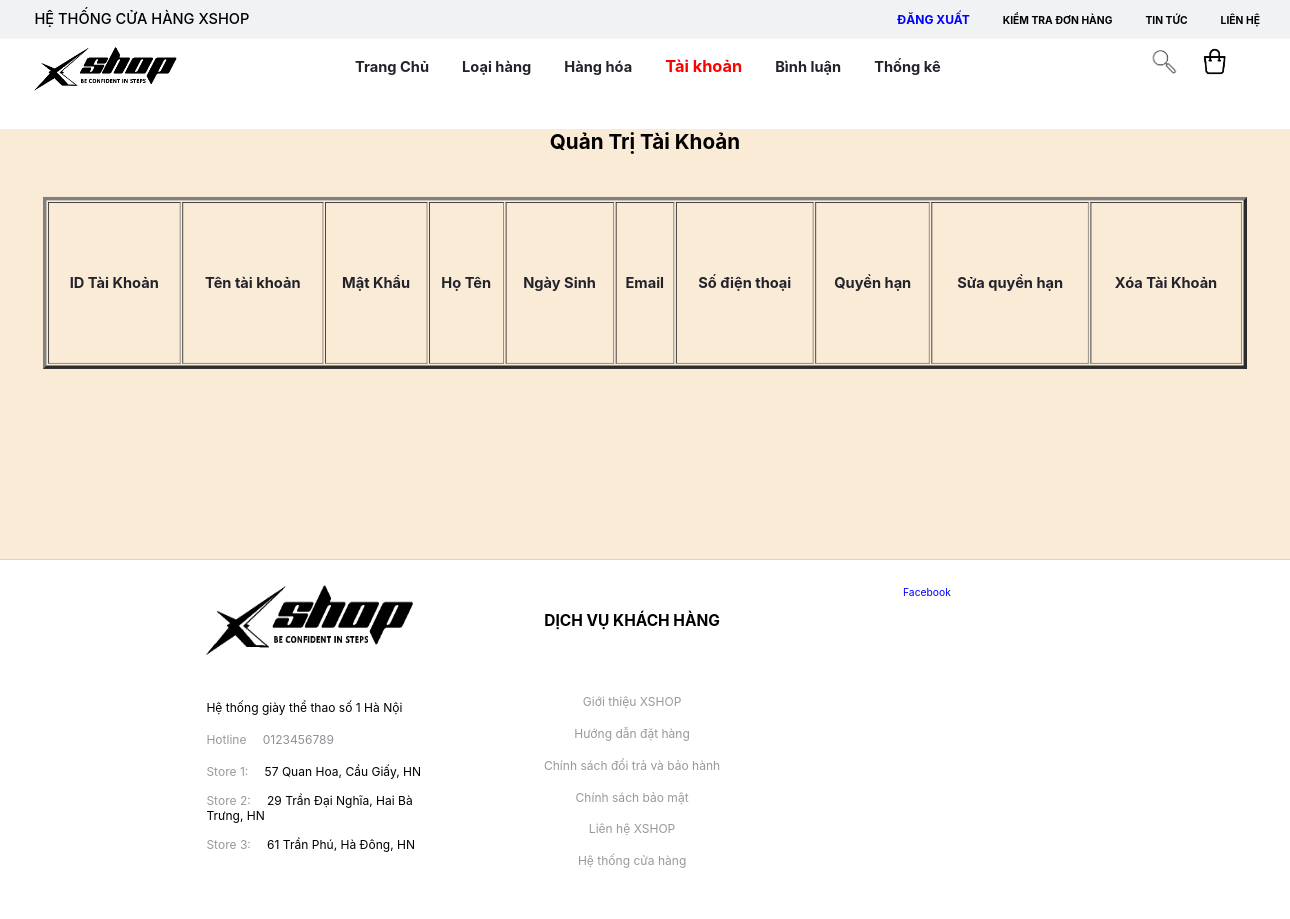
Repository: tienaq123/dam
Page: http://localhost/ass/ad/quantritaikhoan.php
The author's editor kept a copy of each file at every save. The page is drawn from the files as they stood at one save, then again after the next save.
The browser window is 1280 px wide. The page is 1500 px wide, so the pictures cover 1500 px, including what lies to the right of the window. The pictures show the whole page, at 86% of full size.
The page is run by PHP 8.4 with error messages shown; the project is at /var/www/html/. Queries for data that is not in the repository find no rows.

Above is the page before, as saved 2021-10-22 05:15:56.

### ad/quantritaikhoan.php
<!DOCTYPE html>
<html lang="en">

<head>
    <meta charset="UTF-8">
    <meta http-equiv="X-UA-Compatible" content="IE=edge">
    <meta name="viewport" content="width=device-width, initial-scale=1.0">
    <title>Quản trị danh mục</title>
    <link rel="stylesheet" href="../css/qttk.css">
</head>

<body>
    <div id="wapper">

        <div id="topbar">
            <a href="#">
                <h2> HỆ THỐNG CỬA HÀNG XSHOP</h2>
            </a>
            <ul>
                <li><a class="active" style="color:blue; font-size: 14px;" href="../logout.php">ĐĂNG XUẤT</a></li>
                <li><a href="product.php">KIỂM TRA ĐƠN HÀNG</a></li>
                <li><a href="product.php">TIN TỨC</a></li>
                <li><a href="product.php">LIÊN HỆ</a></li>
            </ul>
        </div>
        <header id="header">
            <div id="logo">
                <a href="http://localhost/ass/"> <img src="../img/logo.png" alt="Logo"></a>
            </div>
            <div class="menu">
                <ul>
                    <li><a href="../home.php">Trang Chủ</a></li>
                    <li><a href="quantridanhmuc.php">Loại hàng</a></li>
                    <li><a href="quantrisanpham.php">Hàng hóa</a></li>
                    <li><a href="quantritaikhoan.php" style="color: red; font-size: 19px;">Tài khoản</a></li>
                    <li><a href="quantritaikhoan.php">Bình luận</a></li>
                    <li><a href="quantritaikhoan.php">Thống kê</a></li>
                    <div id="nav">
                        <a href="product.php"> <img src="../img/search.png" alt=""></a>
                        <a href="product.php"><img src="../img/giohang.png" alt=""></a>
                    </div>
                </ul>

            </div>

        </header>

        <!-- END HEADER -->

        <main>
            <h1>Quản Trị Tài Khoản</h1>
            <table border="4" style="text-align: center; margin: 50px 0 0 50px; min-width: 1400px;">
                <tr style="font-size: 17px; color:#23232c; font-weight:bold; margin:10px; min-width: 120px;">
                    <td>ID Tài Khoản</td>
                    <td>Tên tài khoản</td>
                    <td>Mật Khẩu</td>
                    <td>Họ Tên</td>
                    <td>Ngày Sinh</td>
                    <td>Email</td>
                    <td>Số điện thoại</td>
                    <td>Quyền hạn</td>
                    <td>Sửa quyền hạn</td>
                    <td>Xóa Tài Khoản</td>
                </tr>
                <?php
                include '../db.php';
                $sql = "select * from taikhoan";
                $kq = $conn->query($sql);
                foreach ($kq as $key => $rows) {
                ?>

                    <tr>

                        <td style="font-weight: bold;"><?php echo $rows['id_tk'] ?></td>
                        <td><?php echo $rows['user'] ?></td>
                        <td><?php echo $rows['pass'] ?></td>
                        <td><?php echo $rows['hoten'] ?></td>
                        <td><?php echo $rows['namsinh'] ?></td>
                        <td><?php echo $rows['email'] ?></td>
                        <td><?php echo $rows['sdt'] ?></td>
                        <td><?php if ($rows['phanquyen'] == 1) {
                                echo "ADMIN";
                            } else {
                                echo "USER";
                            }
                            ?></td>
                        <td><a href="suataikhoan.php?masua=<?php echo $rows['id_tk'] ?>">Sửa quyền hạn</a></td>
                        <td><a onclick="return confirm('Bạn có muốn xóa tài khoản không!')" href="xoataikhoan.php?maxoa=<?php echo $rows['id_tk'] ?>">Xóa</a></td>
                    </tr>
                <?php }
                ?>
            </table>
        </main>

        <!-- END MAIN -->

        <footer id="footer">
            <div id="logo_footer">
                <a href="#"><img src="../img/logo.png" alt=""></a>
                <p>Hệ thống giày thể thao số 1 Hà Nội</p>
                <p class="hotline"><span>Hotline</span> <a href="#">0123456789</a></p>
                <p><span>Store 1:</span> 57 Quan Hoa, Cầu Giấy, HN <br> <br> <span>Store 2:</span> 29 Trần Đại Nghĩa,
                    Hai Bà Trưng, HN <br> <br><span>Store 3:</span> 61
                    Trần Phú, Hà Đông, HN <br> <br> </p>
            </div>
            <div id="dichvu">
                <h2>DỊCH VỤ KHÁCH HÀNG</h2>
                <p><a href="#">Giới thiệu XSHOP</a> <br> </p>
                <p><a href="#">Hướng dẫn đặt hàng</a> <br> </p>
                <p><a href="#">Chính sách đổi trả và bảo hành</a> <br> </p>
                <p><a href="#">Chính sách bảo mật</a> <br> </p>
                <p><a href="#">Liên hệ XSHOP</a> <br> </p>
                <p><a href="#">Hệ thống cửa hàng</a></p>
            </div>

            <div id="facebook">
                <div id="fb-root"></div>
                <script async defer crossorigin="anonymous" src="https://connect.facebook.net/vi_VN/sdk.js#xfbml=1&version=v10.0&appId=256623368880552&autoLogAppEvents=1" nonce="aj8H3wq8"></script>
                <div class="fb-page" data-href="https://www.facebook.com/facebook" data-tabs="timeline" data-width="250" data-height="300" data-small-header="false" data-adapt-container-width="true" data-hide-cover="false" data-show-facepile="true">
                    <blockquote cite="https://www.facebook.com/facebook" class="fb-xfbml-parse-ignore"><a href="https://www.facebook.com/facebook">Facebook</a></blockquote>
                </div>
            </div>
        </footer>
    </div>
</body>

</html>

### db.php
<?php
    try {
        $conn=new PDO("mysql:host=localhost; dbname=dam;charset=utf8", "root", "");
    } catch (PDOException $e) {
        echo "Lỗi kết nối";
    }

### css/qttk.css
* {
    margin: 0;
    padding: 0;
}

body {
    font-family: -apple-system, BlinkMacSystemFont, 'Segoe UI', Roboto, Oxygen, Ubuntu, Cantarell, 'Open Sans', 'Helvetica Neue', sans-serif;
    font-size: 12px;
}

a {
    text-decoration: none;
    color: blue;
    list-style: none;
}



img {
    border: 0px;
}

header,
nav,
section,
aside,
article,
footer,
figure {
    display: block;
}

/* code page */

#wapper {
    width: 1500px;
    margin: auto;
    ;
    overflow: hidden;
}

#topbar {
    width: 1500px;
    height: 45px;
    background-color: #f1f2f4;
    float: left;
}

#topbar h2 {
    font-size: 17px;
    font-weight: 500;
    line-height: 45px;
    margin-left: 40px;
    color: #000;
    float: left;
}

#topbar ul {
    float: right;
}

#topbar ul li {
    display: inline-block;
    line-height: 45px;
    margin-right: 35px;
}

#topbar ul li a {
    color: #000;
    font-weight: bolder;
}

#topbar ul li a:hover {
    color: #775454;
}

#topbar ul li .active {
    color: cornflowerblue;
    font-size: 14px;
}

#header {
    width: 100%;
    height: 100px;
    background-color: #ffffff;
    padding: 10px 0 40px 0;
}

#header #logo img {
    float: left;
    width: 165px;
    height: 50px;
    color: #000;
    margin: 10px 0 0 40px;
}

#header .menu ul {
    text-align: center;
    margin-right: 50px;
    line-height: 66px;
}

#header .menu ul li {
    display: inline-block;
    margin-right: 35px;
}

#header .menu ul li a {
    font-size: 17px;
    font-weight: bold;
    color: #23232c;
}

#header .menu ul li a:hover {
    color: red;
}

#nav {
    float: right;
    line-height: 80px;
}

#nav img {
    width: 35px;
    height: 35px;
    margin-right: 20px;
}

main {
    text-align: center;
    min-height: 500px;
    background: antiquewhite;
}

main table {
    width: 700px;
    height: 150px;
    margin-left: 200px;
    margin-top: 20px;
}

main .dong1{
    padding: 0 6px 0 6px;
    min-width: 120px;
}


main>a {
    font-size: 19px;
    margin-top: 20px;
}

#footer {
    width: 1500px;
    border-top: 1px solid #ccc;
    display: grid;
    grid-template-columns: 1fr 1fr 1fr;
}

#footer #logo_footer {
    float: left;
}

#footer #logo_footer img {
    width: 240px;
    height: 80px;
    margin: 30px 0 30px 240px;
}

#footer #logo_footer a {
    color: #909097;
}

#footer #logo_footer span {
    color: #999999;
    margin-right: 15px;
}

#footer #logo_footer p {
    font-size: 14px;
    margin: 20px 0 20px 240px;
}

#footer #dichvu {
    text-align: center;
    margin: 60px 30px 40px 0;
}

#footer #dichvu h2 {
    margin-bottom: 75px;
}

#footer #dichvu p {
    margin-bottom: 20px;
}

#footer #dichvu p a {
    font-size: 14px;
    color: #999999;
}

#footer #facebook {
    margin: 30px 0 0 50px;
}* {
    margin: 0;
    padding: 0;
}

body {
    font-family: -apple-system, BlinkMacSystemFont, 'Segoe UI', Roboto, Oxygen, Ubuntu, Cantarell, 'Open Sans', 'Helvetica Neue', sans-serif;
    font-size: 12px;
}

a {
    text-decoration: none;
    color: blue;
    list-style: none;
}



img {
    border: 0px;
}

header,
nav,
section,
aside,
article,
footer,
figure {
    display: block;
}

/* code page */

#wapper {
    width: 1500px;
    margin: auto;
    ;
    overflow: hidden;
}

#topbar {
    width: 1500px;
    height: 45px;
    background-color: #f1f2f4;
    float: left;
}

#topbar h2 {
    font-size: 17px;
    font-weight: 500;
    line-height: 45px;
    margin-left: 40px;
    color: #000;
    float: left;
}

#topbar ul {
    float: right;
}

#topbar ul li {
    display: inline-block;
    line-height: 45px;
    margin-right: 35px;
}

#topbar ul li a {
    color: #000;
    font-weight: bolder;
}

#topbar ul li a:hover {
    color: #775454;
}

#topbar ul li .active {
    color: cornflowerblue;
    font-size: 14px;
}

#header {
    width: 100%;
    height: 100px;
    background-color: #ffffff;
    padding: 10px 0 40px 0;
}

#header #logo img {
    float: left;
    width: 165px;
    height: 50px;
    color: #000;
    margin: 10px 0 0 40px;
}

#header .menu ul {
    text-align: center;
    margin-right: 50px;
    line-height: 66px;
}

#header .menu ul li {
    display: inline-block;
    margin-right: 35px;
}

#header .menu ul li a {
    font-size: 17px;
    font-weight: bold;
    color: #23232c;
}

#header .menu ul li a:hover {
    color: red;
}

#nav {
    float: right;
    line-height: 80px;
}

#nav img {
    width: 35px;
    height: 35px;
    margin-right: 20px;
}

main {
    text-align: center;
    min-height: 500px;
    background: antiquewhite;
}

main table {
    width: auto;
    min-height: 200px;
    margin-left: 300px;
    margin-top: 20px;
}


main>a {
    font-size: 19px;
    margin-top: 20px;
}

#footer {
    width: 1500px;
    border-top: 1px solid #ccc;
    display: grid;
    grid-template-columns: 1fr 1fr 1fr;
}

#footer #logo_footer {
    float: left;
}

#footer #logo_footer img {
    width: 240px;
    height: 80px;
    margin: 30px 0 30px 240px;
}

#footer #logo_footer a {
    color: #909097;
}

#footer #logo_footer span {
    color: #999999;
    margin-right: 15px;
}

#footer #logo_footer p {
    font-size: 14px;
    margin: 20px 0 20px 240px;
}

#footer #dichvu {
    text-align: center;
    margin: 60px 30px 40px 0;
}

#footer #dichvu h2 {
    margin-bottom: 75px;
}

#footer #dichvu p {
    margin-bottom: 20px;
}

#footer #dichvu p a {
    font-size: 14px;
    color: #999999;
}

#footer #facebook {
    margin: 30px 0 0 50px;
}

After the next save:
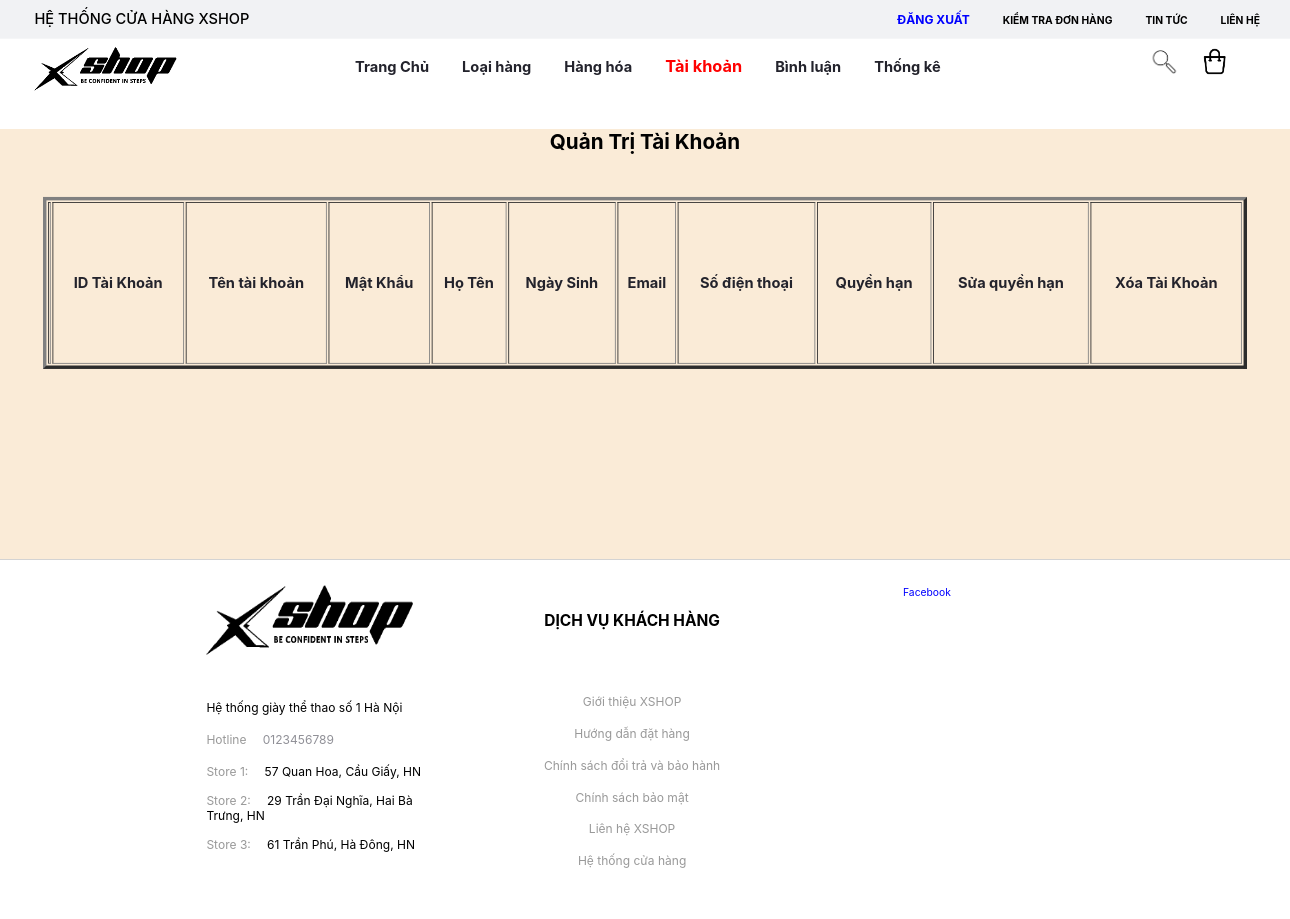
Saved 4 min 42 s later.
--- a/ad/quantritaikhoan.php
+++ b/ad/quantritaikhoan.php
@@ -51,6 +51,7 @@
             <h1>Quản Trị Tài Khoản</h1>
             <table border="4" style="text-align: center; margin: 50px 0 0 50px; min-width: 1400px;">
                 <tr style="font-size: 17px; color:#23232c; font-weight:bold; margin:10px; min-width: 120px;">
+                    <td></td>
                     <td>ID Tài Khoản</td>
                     <td>Tên tài khoản</td>
                     <td>Mật Khẩu</td>
@@ -70,7 +71,7 @@
                 ?>
 
                     <tr>
-
+                    <td><input type='checkbox' name='name[]' id='check_all' value='' /></td>
                         <td style="font-weight: bold;"><?php echo $rows['id_tk'] ?></td>
                         <td><?php echo $rows['user'] ?></td>
                         <td><?php echo $rows['pass'] ?></td>
